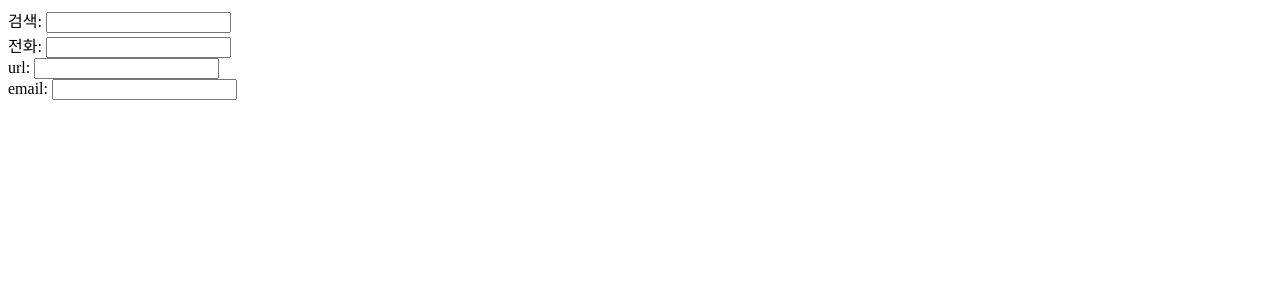
Repository: MegiLove/html_css
Page: day1130/src/main/webapp/enhancedTag.html
These files come from the project's save history. The page is drawn as it stood at one moment and after the next save; the edit follows.
The browser window is 1280 px wide. The pictures show the whole page.

Above is the page before, as saved 2021-11-30 06:31:22.

### day1130/src/main/webapp/enhancedTag.html
<!DOCTYPE html>
<html>
<head>
<meta charset="EUC-KR">
<title>Insert title here</title>
</head>
<body>
	<form action="enhancedTag.jsp" method="post">
		검색: <input type="search" name="keyword"><br>
		전화: <input type="tel" name="tel"><br>
		url: <input type="url" name="url"><br>
		email: <input type="email" name="email"><br>
	</form>
</body>
</html>

After the next save:
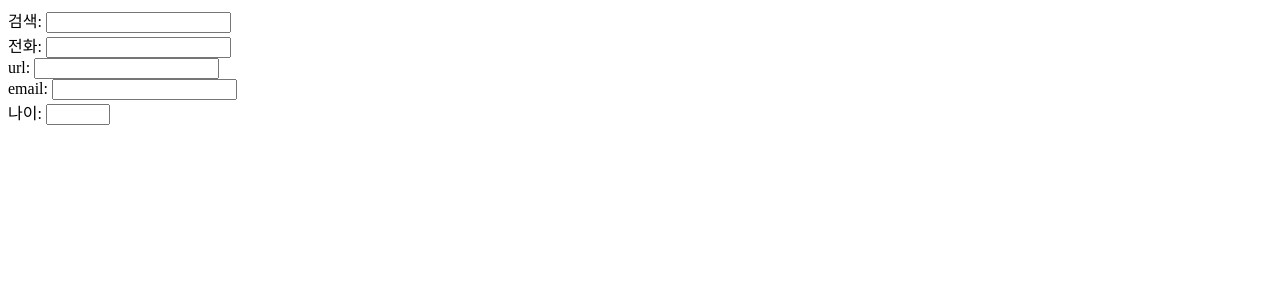
Saved 43 s later.
--- a/day1130/src/main/webapp/enhancedTag.html
+++ b/day1130/src/main/webapp/enhancedTag.html
@@ -10,6 +10,7 @@
 		전화: <input type="tel" name="tel"><br>
 		url: <input type="url" name="url"><br>
 		email: <input type="email" name="email"><br>
+		나이: <input type="number" name="age" min="1" max="100"><br>
 	</form>
 </body>
 </html>
